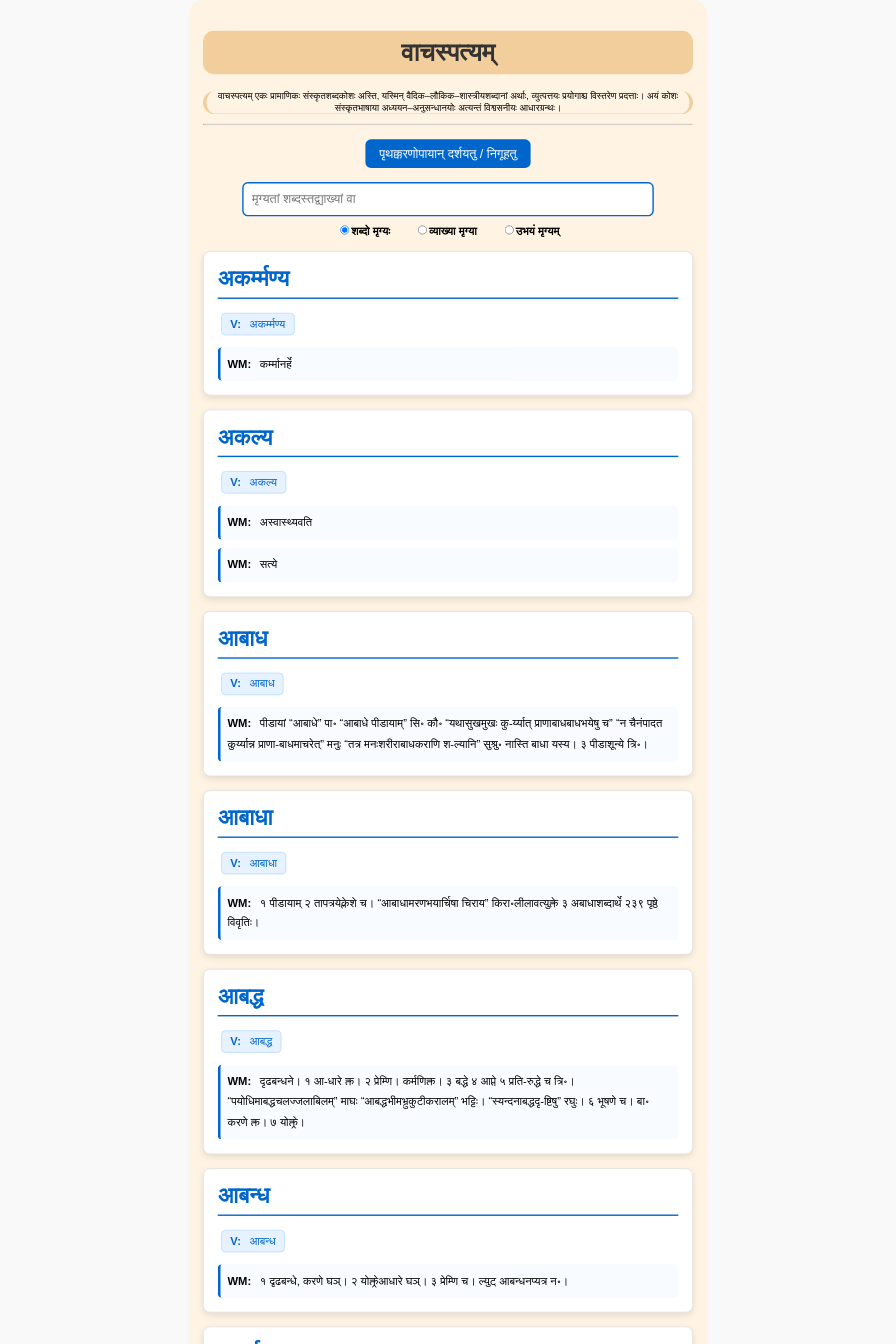
Repository: sanskritsphere/vachaspatyam-demo
Page: index.html
An editor plug-in stored every save of this project. The page is shown before and after the next save, followed by the edit.
The browser window is 1280 px wide. The pictures show the part of the page from y = 0 to 1920 px (the page is 3404 px tall before and 720 px after), at 70% of full size.

Above is the page before, as saved 2025-12-14 14:21:24.

After the next save:
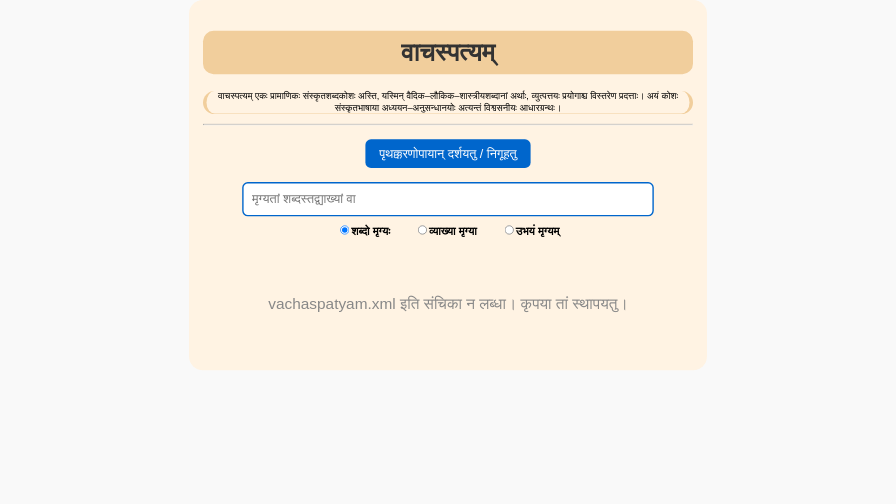
Saved 11 min 54 s later.
--- a/index.html
+++ b/index.html
@@ -186,38 +186,48 @@
             return text;
         }
 
-        function renderEntries(entries) {
-            const resultsDiv = document.getElementById('results');
-            resultsDiv.innerHTML = '';
-            if (entries.length === 0) {
-                resultsDiv.innerHTML = '<p class="no-results">कश्चन शब्दो न लब्धः। कृपया मृग्यपदं परिवर्तयतु।</p>';
-                return;
-            }
-
-            entries.forEach(entry => {
-                const div = document.createElement('div');
-                div.className = 'entry';
-                div.innerHTML = `<h3>${entry.V ? entry.V[0] : 'अज्ञातः'}</h3>`;
-
-                const tagsDiv = document.createElement('div');
-
-                allTags.forEach(tag => {
-                    const checkbox = document.getElementById('show' + tag);
-                    if (checkbox && checkbox.checked && entry[tag]) {
-                        entry[tag].forEach(value => {
-                            if (tag === 'WM' || tag === 'EXP') {
-                                tagsDiv.innerHTML += `<div class="content"><span class="tag-name">${tag}:</span> ${value}</div>`;
-                            } else {
-                                tagsDiv.innerHTML += `<span class="tag"><span class="tag-name">${tag}:</span> ${value}</span>`;
-                            }
-                        });
+function renderEntries(entries) {
+    const resultsDiv = document.getElementById('results');
+    resultsDiv.innerHTML = '';
+    if (entries.length === 0) {
+        resultsDiv.innerHTML = '<p class="no-results">कश्चन शब्दः न लब्धः। कृपया खोजं अथवा सन्नादं परिवर्तयतु।</p>';
+        return;
+    }
+
+    entries.forEach(entry => {
+        const div = document.createElement('div');
+        div.className = 'entry';
+        div.innerHTML = `<h3>${entry.V ? entry.V[0] : 'अज्ञातः'}</h3>`;
+
+        const tagsDiv = document.createElement('div');
+
+        allTags.forEach(tag => {
+            const checkbox = document.getElementById('show' + tag);
+            if (checkbox && checkbox.checked && entry[tag]) {
+                entry[tag].forEach(value => {
+                    let highlighted = value;
+
+                    // हाइलाइटिंग केवल तभी जब कोई सर्च क्वेरी हो
+                    if (currentQuery) {
+                        const escapedQuery = currentQuery.replace(/[.*+?^${}()|[\]\\]/g, '\\$&');
+                        const regex = new RegExp(`(${escapedQuery})`, 'gi');
+                        highlighted = value.replace(regex, '<mark>$1</mark>');
+                    }
+
+                    if (tag === 'WM' || tag === 'EXP') {
+                        tagsDiv.innerHTML += `<div class="content"><span class="tag-name">${tag}:</span> ${highlighted}</div>`;
+                    } else {
+                        tagsDiv.innerHTML += `<span class="tag"><span class="tag-name">${tag}:</span> ${highlighted}</span>`;
                     }
                 });
-
-                div.appendChild(tagsDiv);
-                resultsDiv.appendChild(div);
-            });
-        }
+            }
+        });
+
+        div.appendChild(tagsDiv);
+        resultsDiv.appendChild(div);
+    });
+}
+
 
         function filterEntries() {
             let filtered = dictionary;

After the save that followed:
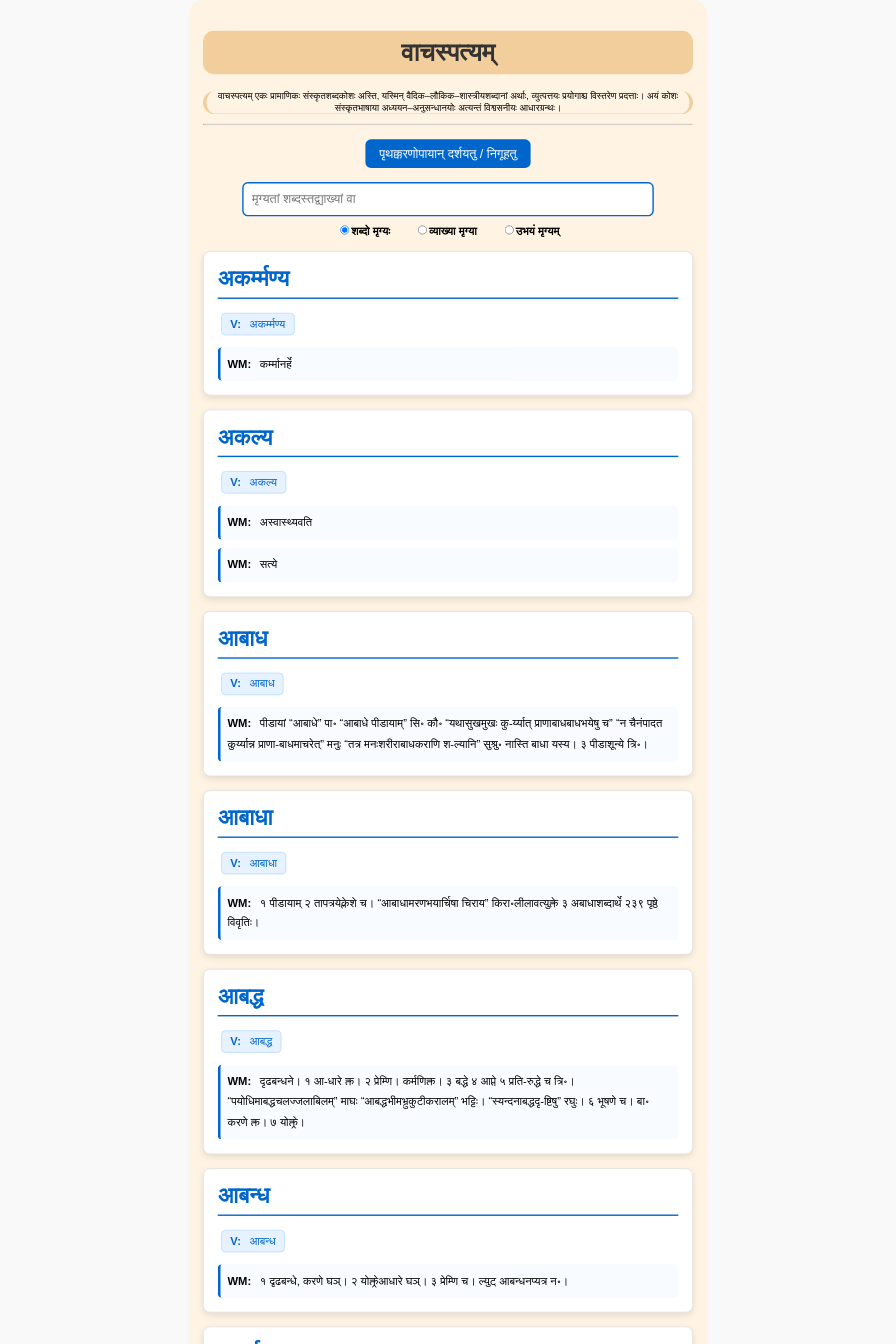
Saved 34 s later.
--- a/index.html
+++ b/index.html
@@ -186,48 +186,38 @@
             return text;
         }
 
-function renderEntries(entries) {
-    const resultsDiv = document.getElementById('results');
-    resultsDiv.innerHTML = '';
-    if (entries.length === 0) {
-        resultsDiv.innerHTML = '<p class="no-results">कश्चन शब्दः न लब्धः। कृपया खोजं अथवा सन्नादं परिवर्तयतु।</p>';
-        return;
-    }
-
-    entries.forEach(entry => {
-        const div = document.createElement('div');
-        div.className = 'entry';
-        div.innerHTML = `<h3>${entry.V ? entry.V[0] : 'अज्ञातः'}</h3>`;
-
-        const tagsDiv = document.createElement('div');
-
-        allTags.forEach(tag => {
-            const checkbox = document.getElementById('show' + tag);
-            if (checkbox && checkbox.checked && entry[tag]) {
-                entry[tag].forEach(value => {
-                    let highlighted = value;
-
-                    // हाइलाइटिंग केवल तभी जब कोई सर्च क्वेरी हो
-                    if (currentQuery) {
-                        const escapedQuery = currentQuery.replace(/[.*+?^${}()|[\]\\]/g, '\\$&');
-                        const regex = new RegExp(`(${escapedQuery})`, 'gi');
-                        highlighted = value.replace(regex, '<mark>$1</mark>');
-                    }
-
-                    if (tag === 'WM' || tag === 'EXP') {
-                        tagsDiv.innerHTML += `<div class="content"><span class="tag-name">${tag}:</span> ${highlighted}</div>`;
-                    } else {
-                        tagsDiv.innerHTML += `<span class="tag"><span class="tag-name">${tag}:</span> ${highlighted}</span>`;
+        function renderEntries(entries) {
+            const resultsDiv = document.getElementById('results');
+            resultsDiv.innerHTML = '';
+            if (entries.length === 0) {
+                resultsDiv.innerHTML = '<p class="no-results">कश्चन शब्दो न लब्धः। कृपया मृग्यपदं परिवर्तयतु।</p>';
+                return;
+            }
+
+            entries.forEach(entry => {
+                const div = document.createElement('div');
+                div.className = 'entry';
+                div.innerHTML = `<h3>${entry.V ? entry.V[0] : 'अज्ञातः'}</h3>`;
+
+                const tagsDiv = document.createElement('div');
+
+                allTags.forEach(tag => {
+                    const checkbox = document.getElementById('show' + tag);
+                    if (checkbox && checkbox.checked && entry[tag]) {
+                        entry[tag].forEach(value => {
+                            if (tag === 'WM' || tag === 'EXP') {
+                                tagsDiv.innerHTML += `<div class="content"><span class="tag-name">${tag}:</span> ${value}</div>`;
+                            } else {
+                                tagsDiv.innerHTML += `<span class="tag"><span class="tag-name">${tag}:</span> ${value}</span>`;
+                            }
+                        });
                     }
                 });
-            }
-        });
-
-        div.appendChild(tagsDiv);
-        resultsDiv.appendChild(div);
-    });
-}
-
+
+                div.appendChild(tagsDiv);
+                resultsDiv.appendChild(div);
+            });
+        }
 
         function filterEntries() {
             let filtered = dictionary;
